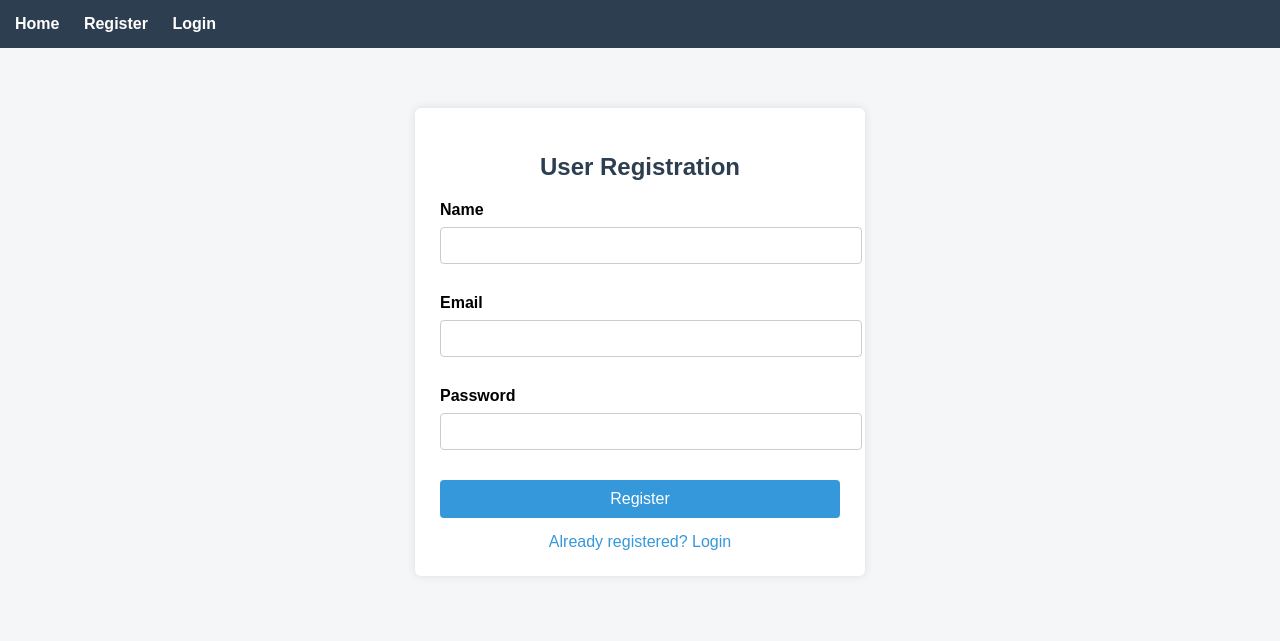
Repository: Sanjaya1822/Campus-Exchange
Page: http://localhost/CampusExchange/register.jsp
The author's editor kept a copy of each file at every save. The page is drawn from the files as they stood at one save, then again after the next save.
The browser window is 1280 px wide. The pictures show the whole page.
The page is served by Tomcat 9.

Above is the page before, as saved 2026-01-30 17:44:06.

After the next save:
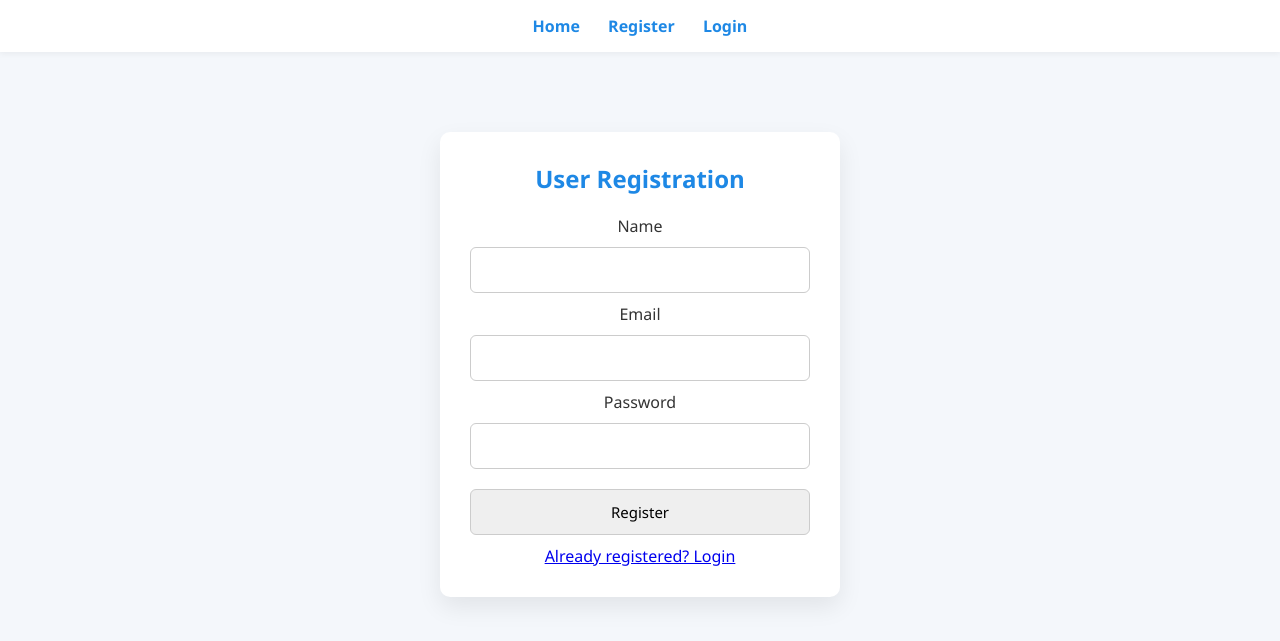
Saved 6 min 37 s later.
--- a/CampusExchange/src/main/webapp/css/style.css
+++ b/CampusExchange/src/main/webapp/css/style.css
@@ -1,116 +1,79 @@
-/* Global */
-body {
-    font-family: Arial, sans-serif;
-    background-color: #f4f6f8;
+* {
     margin: 0;
     padding: 0;
+    box-sizing: border-box;
+    font-family: "Segoe UI", sans-serif;
+}
+
+body {
+    background: #f4f7fb;
+    color: #333;
 }
 
 /* Navbar */
 .navbar {
-    background-color: #2c3e50;
+    text-align: center;
     padding: 15px;
+    background: #ffffff;
+    box-shadow: 0 2px 6px rgba(0,0,0,0.05);
 }
 
 .navbar a {
-    color: white;
-    margin-right: 20px;
+    margin: 0 12px;
     text-decoration: none;
-    font-weight: bold;
+    color: #1e88e5;
+    font-weight: 600;
 }
 
-.navbar a:hover {
-    text-decoration: underline;
+/* Page center */
+.container {
+    max-width: 400px;
+    margin: 80px auto;
+    background: #ffffff;
+    padding: 30px;
+    border-radius: 10px;
+    box-shadow: 0 10px 25px rgba(0,0,0,0.08);
+    text-align: center;
 }
 
-/* Page container */
-.container {
-    width: 400px;
-    margin: 60px auto;
-    background: white;
-    padding: 25px;
-    border-radius: 6px;
-    box-shadow: 0 0 10px rgba(0,0,0,0.1);
+.container h2 {
+    margin-bottom: 20px;
+    color: #1e88e5;
 }
 
-/* Headings */
-h1, h2 {
-    text-align: center;
-    color: #2c3e50;
+/* Inputs */
+input {
+    width: 100%;
+    padding: 12px;
+    margin: 10px 0;
+    border-radius: 6px;
+    border: 1px solid #ccc;
+    font-size: 15px;
 }
 
-/* Forms */
-label {
-    font-weight: bold;
-}
-
-input[type="text"],
-input[type="email"],
-input[type="password"] {
+/* Button */
+button {
     width: 100%;
-    padding: 10px;
-    margin: 8px 0 15px;
-    border: 1px solid #ccc;
-    border-radius: 4px;
-}
-
-input[type="submit"] {
-    width: 100%;
-    padding: 10px;
-    background-color: #3498db;
+    padding: 12px;
+    background: #1e88e5;
+    color: white;
     border: none;
-    color: white;
+    border-radius: 6px;
     font-size: 16px;
-    border-radius: 4px;
-    cursor: pointer;
-}
-
-input[type="submit"]:hover {
-    background-color: #2980b9;
-}
-
-/* Links */
-a {
-    color: #3498db;
-    text-decoration: none;
-}
-
-a:hover {
-    text-decoration: underline;
-}
-button {
-    padding: 10px 18px;
-    margin: 8px;
-    border: none;
-    background-color: #2ecc71;
-    color: white;
-    font-size: 15px;
-    border-radius: 4px;
     cursor: pointer;
 }
 
 button:hover {
-    background-color: #27ae60;
-}
-/* Auth pages */
-.auth-title {
-    text-align: center;
-    margin-bottom: 20px;
-    color: #2c3e50;
+    background: #1565c0;
 }
 
-.form-group {
-    margin-bottom: 15px;
+/* Links */
+.link {
+    margin-top: 15px;
 }
 
-input:focus {
-    outline: none;
-    border-color: #3498db;
-    box-shadow: 0 0 4px rgba(52, 152, 219, 0.6);
+.link a {
+    text-decoration: none;
+    color: #1e88e5;
+    font-weight: 500;
 }
-
-.auth-link {
-    display: block;
-    text-align: center;
-    margin-top: 15px;
-}
